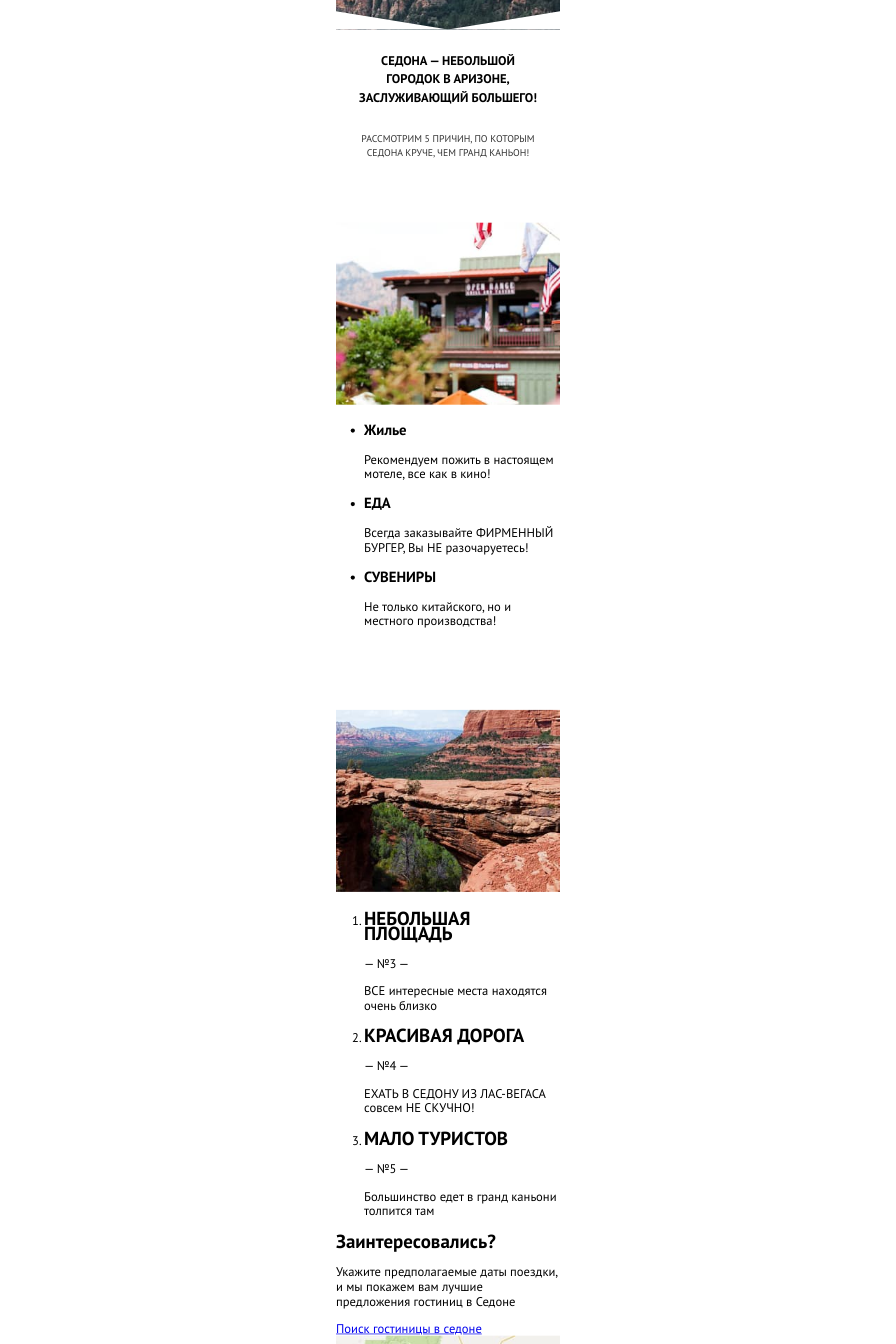
Repository: iKrekus/2149661-sedona-27
Page: source/index.html
These files come from the project's save history. The page is drawn as it stood at one moment and after the next save; the edit follows.
The browser window is 1280 px wide. The pictures show the part of the page from y = 403 to 2323 px (the page is 2782 px tall before and 2864 px after), at 70% of full size.
The style sheet was rebuilt from its Sass, Less or Tailwind sources for each picture, by a compiler version that may differ from the author's.

Above is the page before, as saved 2022-12-05 10:52:18.

After the next save:
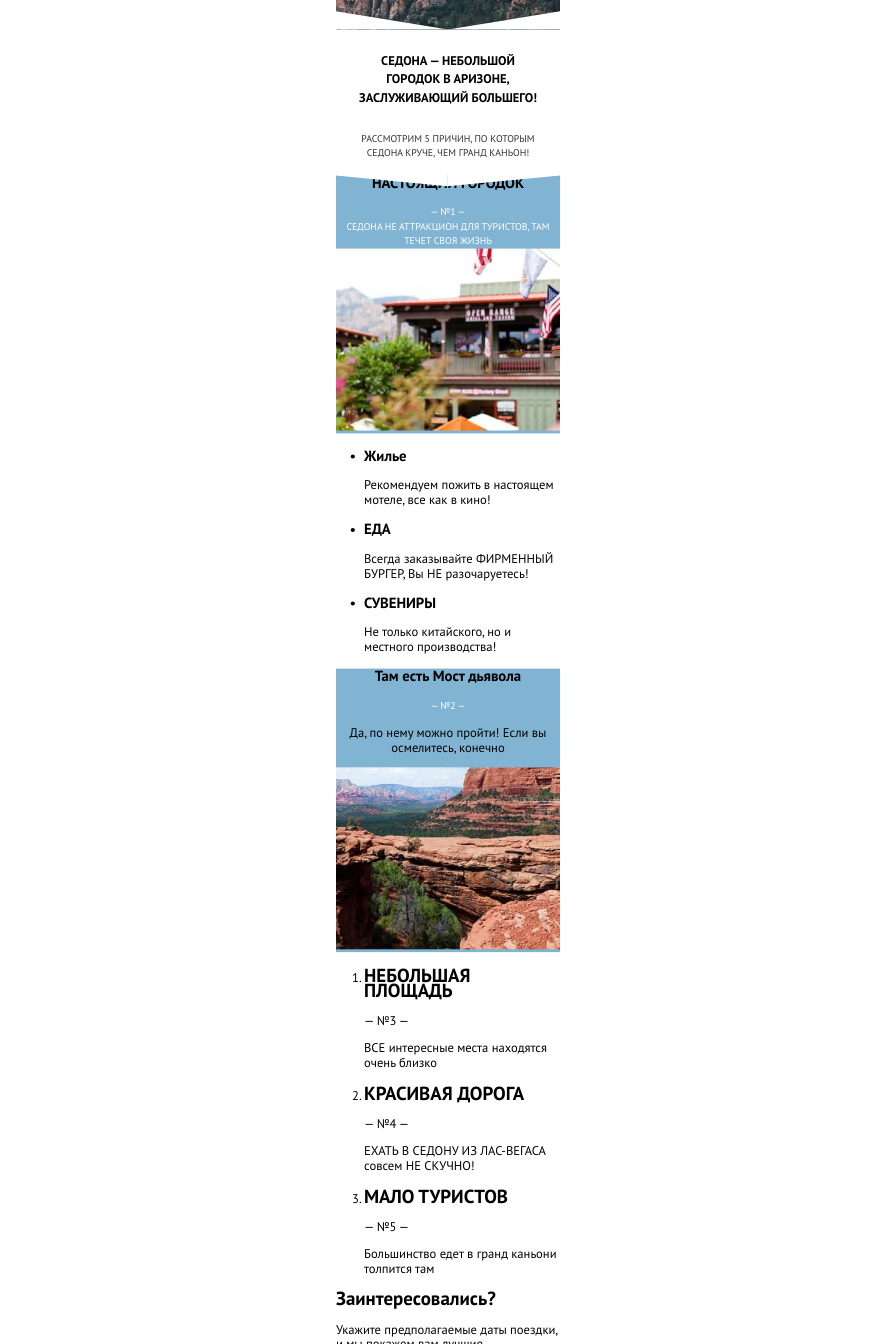
Saved 9 s later.
--- a/source/sass/blocks/body/features.scss
+++ b/source/sass/blocks/body/features.scss
@@ -1,22 +1,22 @@
 @use "../mixins.scss" as mixin;
 @use "../variables.scss" as var;
 
-/* .features {
+.features {
   background-color: #81b3d2;
   text-align: center;
 }
- */
+
 .features-wrapper {
   /* padding-top: 54px;
   padding-bottom: 40px; */
 }
 
-.features__features-title {
+/* .features__features-title {
   @include mixin.font-title-mob;
   color: var.$light-text-color;
   margin: 0;
 }
-
+ */
 .features__features-divider {
   @include mixin.font-description-mob;
   color: var.$light-text-color;
